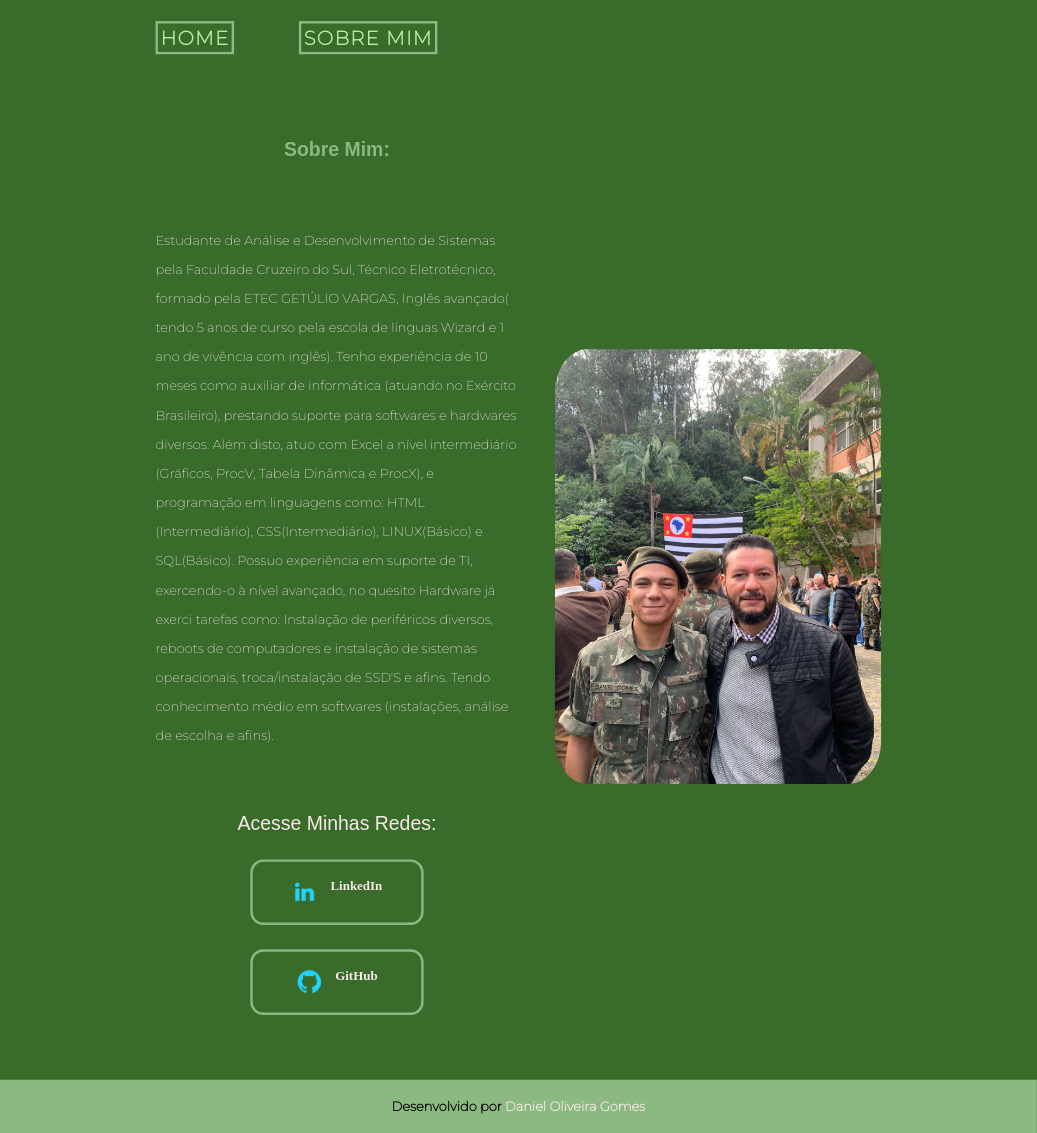
Repository: DamnDTX/Portfolio-Daniel-Oliveira-1
Page: about.html
These files come from the project's save history. The page is drawn as it stood at one moment and after the next save; the edit follows.
The browser window is 1280 px wide. The pictures show the whole page, at 81% of full size.
Some web fonts or font styles are not loaded; a fallback is used.

Above is the page before, as saved 2023-07-24 17:42:44.

### about.html
<!DOCTYPE html>
<html lang="pt-br">
<head>
    <meta charset="UTF-8">
    <meta name="viewport" content="width=device-width, initial-scale=1.0">
    <title>Sobre Mim</title>
    <link rel="stylesheet" href="./styles/about.css">
    <!--Há duas formas de nós conseguirmos linkar o nosso arquivos css, a primeira forma nós já sabemos, que é utilizando o elemento link, mas podemos fazer de outra forma, que é escrevendo "link:" e puxar o caminho do css, prefiro a primeira forma, já que a velocidade de ação é a mesma-->
</head>
<body>
<header>
    <header class="cabecalho">
        <nav class="cabecalho__menu">
            <a class="cabecalho__menu__link" href="index.html">Home</a>
            <a class="cabecalho__menu__link" href="about.html">Sobre Mim</a>
        </nav>
</header>
<!--Copiamos o header da outra página html, temos que ver que tem coisas que queremos que continue igual, igual
    o header e as estilizações (posicionamento e afins, quando for assim, copiamos as propriedades da mesma forma
    , alterando só quando necessário)
-->
<main class="principal">
    <section class="principal__conteudo">
        <h1 class="principal__conteudo__titulo">
   <strong>Sobre Mim:</strong>
        </h1>

        <h4 class="principal__conteudo__apresentacao">
            Estudante de Análise e Desenvolvimento de Sistemas pela Faculdade Cruzeiro do Sul, Técnico Eletrotécnico, formado pela ETEC GETÚLIO VARGAS, Inglês avançado( tendo 5 anos de curso pela escola de línguas Wizard e 1 ano de vivência com inglês). Tenho experiência de 10 meses como auxiliar de informática (atuando no Exército Brasileiro), prestando suporte para softwares e hardwares diversos. Além disto, atuo com Excel a nível intermediário (Gráficos, ProcV, Tabela Dinâmica e ProcX), e programação em linguagens como: HTML (Intermediário), CSS(Intermediário), LINUX(Básico) e SQL(Básico). Possuo experiência em suporte de TI, exercendo-o à nível avançado, no quesito Hardware já exerci tarefas como: Instalação de periféricos diversos, reboots de computadores e instalação de sistemas operacionais, troca/instalação de SSD'S e afins. Tendo conhecimento médio em softwares (instalações, análise de escolha e afins).
        </h4>
        <div class="principal__links">
            <h2 class="principal__links__subtitulo">Acesse Minhas Redes:</h2>
        <a class="principal__link__social" target="_blank" href="https://www.linkedin.com/in/daniel-oliveira-gomes-3470511b6/">
                <img src="./assets/Logo linkedin.png" alt="linkeidn_logo">
            LinkedIn
                </a>
        <a class="principal__link__social" target="_blank" href="https://github.com/DamnDTX/">
          <img src="./assets/Logo Github.png" alt="github_logo">
          GitHub
        </a>
    </section>
    <img class="daniel" alt="minha_pessoa" src="./assets/Daniel milico.jpeg">
</main>

<footer class="rodape">
    <h4>Desenvolvido por <strong class="desenvolvedor">Daniel Oliveira Gomes</strong></h4>
</footer>
</body>
</html>

### styles/about.css
@import url('https://fonts.googleapis.com/css2?family=Abril+Fatface&family=Krona+One&family=Montserrat:wght@100;200&display=swap');
@import url('https://fonts.googleapis.com/css2?family=Abril+Fatface&family=Krona+One&family=Montserrat:wght@100&display=swap');

:root{
    --cor-dos-textos:#F8E9E9;
    --fonte-textos:'Montsserrat',sans-serif;
    --fonte-titulos:'Krona One', sans-serif;
}




*{
    margin: 0;
    padding: 0;
}

body{
    background-color:  #396B2B;
    color: var(--cor-dos-textos);
    height: 100vh;
    box-sizing: border-box;
}
 /*O 100vh serve quando temos poucos elementos na página, quando o body não alcança tudo (quando há poucos
 elementos), quando não for o caso de termos poucos elementos, tiramos-o, ou melhor, não os usamos  */
strong{
    color: #8CB881;
}

.cabecalho{
padding: 2% 0 0 15%;
}

.cabecalho__menu{display: flex;
gap: 80px;}

.cabecalho__menu__link{
    font-size:  1.5rem;
    font-family: 'Montserrat', sans-serif;
    font-style: normal;
    font-weight: 600;
    line-height: normal;
    color: #B6EEA7;
    text-decoration: none;
    text-transform: uppercase;
    letter-spacing: 0.1rem;
    border-style: solid;
    border-color: #8EBA82;
    padding: 3px;
    background-color: transparent;
}

.principal{display: flex;
align-items: center;
justify-content: space-between;
padding: 5% 15%;
gap: 40px;}



.principal__conteudo{
    width: 50%;
    height: 50%;
    display: flex;
    flex-direction: column;
    gap: 40px;
       }

.principal__conteudo__titulo{
    font-family: 'Krona One', sans-serif;
    font-size: 2.25;
    text-align: center;
    margin-top: 40px;

}



.principal__conteudo__apresentacao{
    font-family: 'Montserrat', sans-serif;
    display: flex;
    flex-direction: column;
    font-size:  1,5rem;
    font-style: normal;
    font-weight: 400;
    line-height: 36px;
    color: #F8E9E9;
    margin-top: 40px;
}

.daniel{
    height: 45%;
    width: 45%;
    border-radius: 10%;
    justify-content: center;
}

 .principal__links{
        justify-content: space-between;
        flex-direction:column;
        align-items: center;
        display: flex;
        width: 50% auto;
        padding: 16px;
        justify-content: center;
        align-items: center;
        gap: 20px;

        .principal__links__social:hover{
            background-color: #3843E0;
        }
 }
    .principal__links__subtitulo{
        font-family: 'Krona One', sans-serif;
        font-weight: 400;
        margin-top: 20px;
        }


    .principal__link__social{
        background-color: transparent;
        color: #F8E9E9;
        width: 50%;
        height: 32px;
        text-align: center;
        border-radius: 16px;
        font-size:  1,5rem;
        padding: 21.5px 0;
        text-decoration: none;
        font-weight: 600;
        border-style: solid;
        display: flex;
        justify-content: center;
        gap: 16px;
        margin-top: 10px;
        border-color: #8CB881;
    }

.logo{width: 28px;
    height: 28px;
    }

.rodape{font-size:  1,5rem;
    font-family: 'Montserrat', sans-serif;
    font-style: normal;
    font-weight: 400;
    line-height: 36px;
    background-color: #8CB881;
    text-align: center;
    color: black;
    padding: 15px;
    flex-shrink: 0;
}

    .desenvolvedor{color: #F8E9E9;}




    @media (max-width:800px) {
        .cabecalho {
            padding: 10%;
        }

        .cabecalho__menu{
            justify-content: center;
        }

        .principal {
            flex-direction: column-reverse;
            padding: 5% 5%;
        }

        .principal__conteudo{
            width: auto;
        }

        .daniel{
            width: 50%;
            height: 50%;
        }

    }

After the next save:
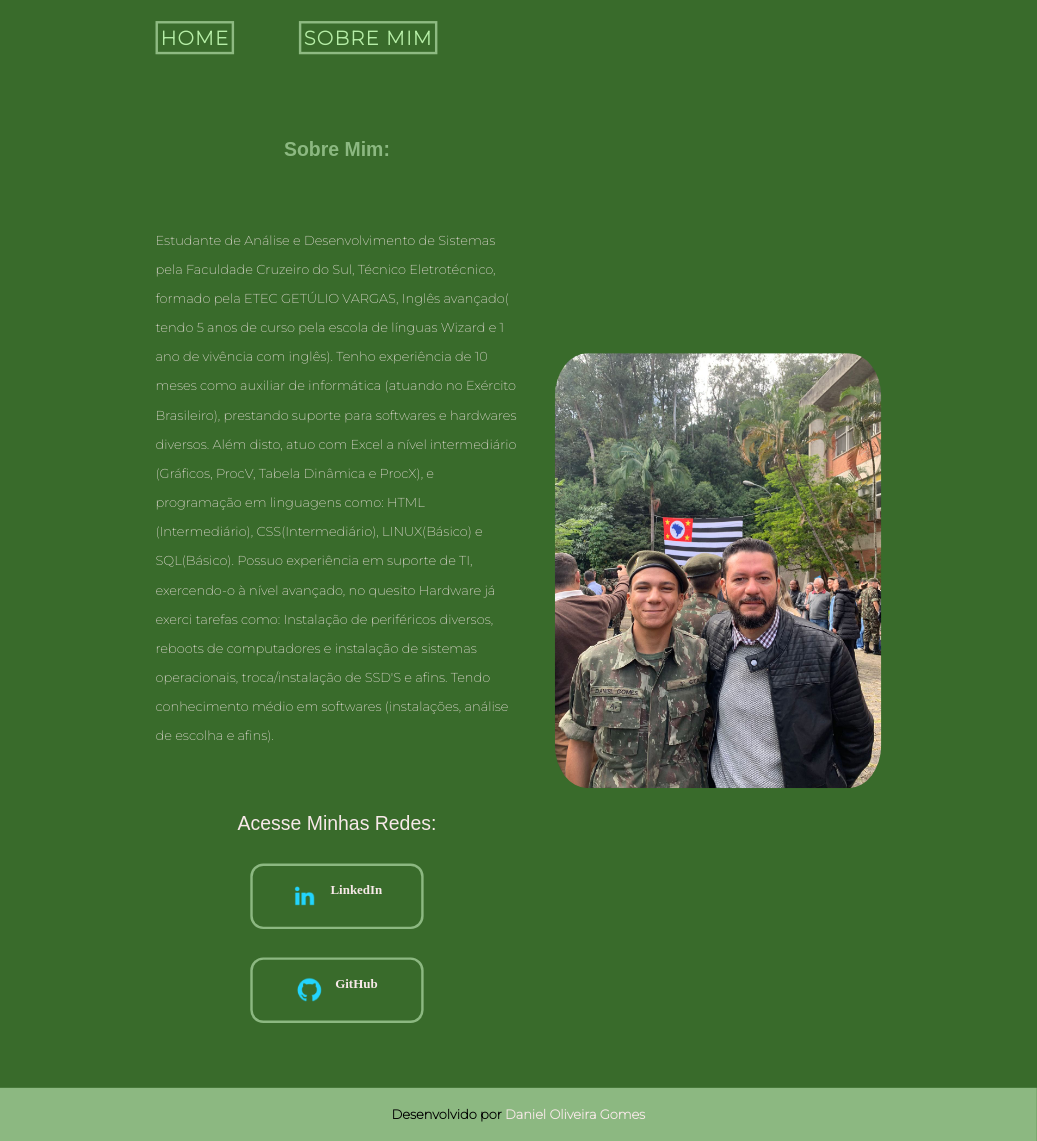
Saved 61 s later.
--- a/styles/about.css
+++ b/styles/about.css
@@ -132,7 +132,7 @@ gap: 40px;}
         display: flex;
         justify-content: center;
         gap: 16px;
-        margin-top: 10px;
+        margin-top: 15px;
         border-color: #8CB881;
     }
 
